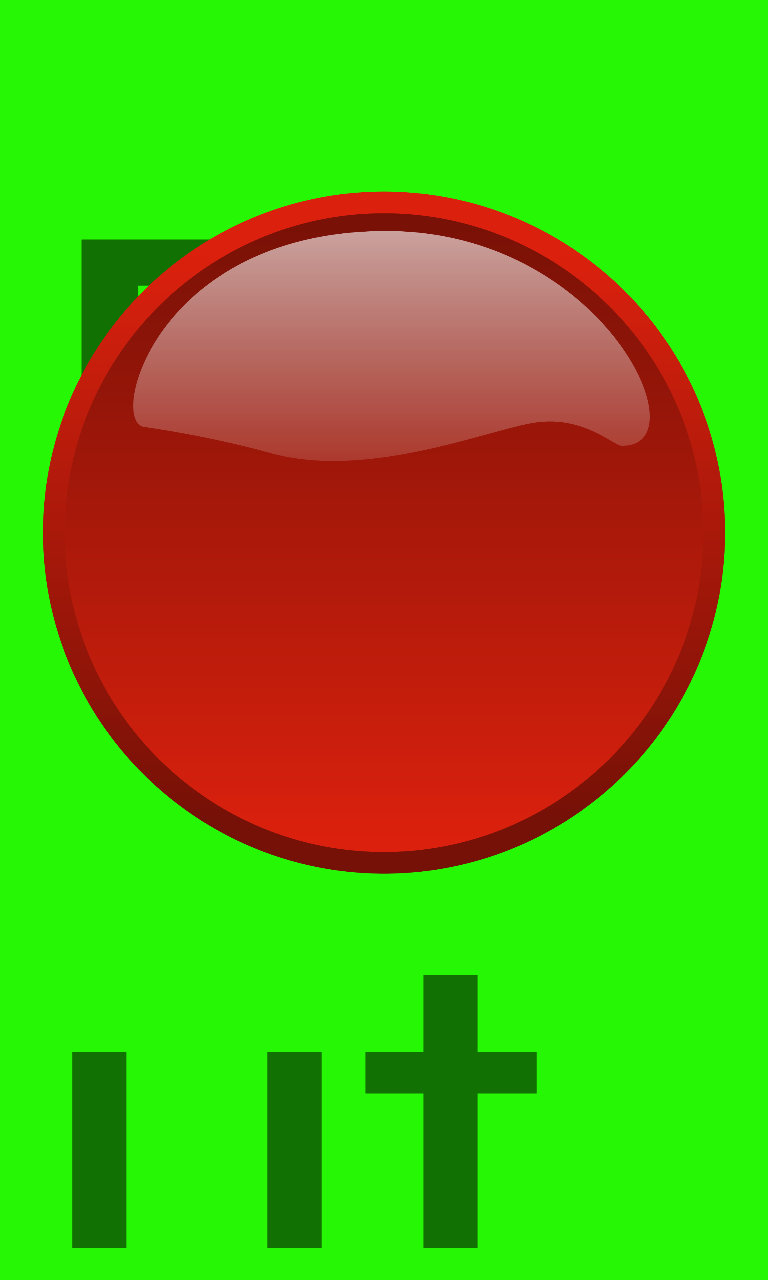
Repository: sameerisa/idtech-yale-android
Layout: ButtonPresser/res/layout/fragment_main.xml
These files come from the project's save history. The layout is drawn as it stood at one moment and after the next save; the edit follows.
It is drawn on a 768 x 1280 px phone screen (xhdpi) without system bars, with theme AppTheme; the app's code is not run.

Above is the layout before, as saved 2014-06-25 15:42:46.

### ButtonPresser/res/layout/fragment_main.xml
<RelativeLayout xmlns:android="http://schemas.android.com/apk/res/android"
    xmlns:tools="http://schemas.android.com/tools"
    android:layout_width="match_parent"
    android:layout_height="match_parent"
    android:paddingBottom="@dimen/activity_vertical_margin"
    android:paddingLeft="@dimen/activity_horizontal_margin"
    android:paddingRight="@dimen/activity_horizontal_margin"
    android:paddingTop="@dimen/activity_vertical_margin"
    tools:context="com.example.buttonpresser.MainActivity$PlaceholderFragment"
    android:background="#25f704">

    <TextView
        android:layout_width="wrap_content"
        android:layout_height="wrap_content"
        android:text="Button Presser"
        android:textSize="300sp" />
<ImageView
   android:id="@+id/button"
   android:layout_width="500dp"
   android:layout_height="500dp"
   android:src="@drawable/button" />

   </RelativeLayout>

Loaded but not shown: ButtonPresser/res/values/styles.xml (common file); ButtonPresser/res/values-v11/styles.xml (common file); ButtonPresser/res/values-v14/styles.xml (common file); ButtonPresser/res/values/dimens.xml (common file); ButtonPresser/res/values-w820dp/dimens.xml (common file)

After the next save:
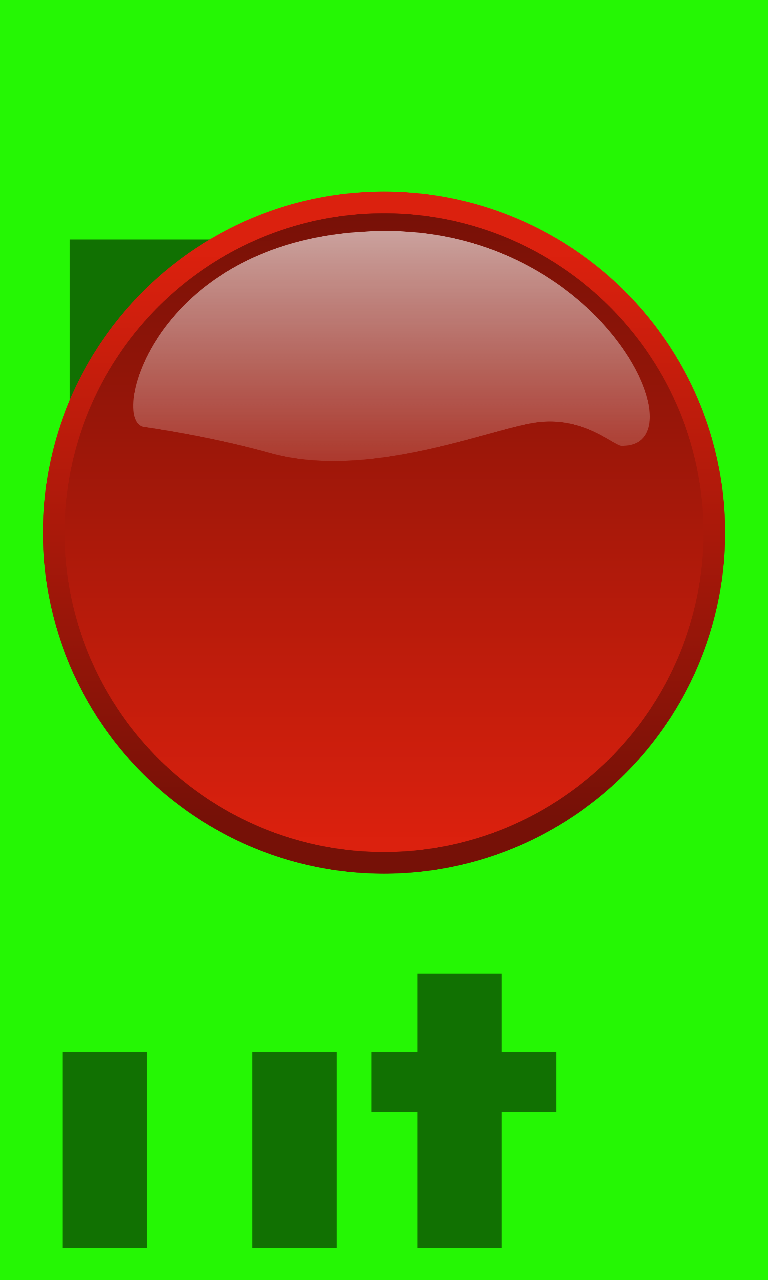
Saved 80 s later.
--- a/ButtonPresser/res/layout/fragment_main.xml
+++ b/ButtonPresser/res/layout/fragment_main.xml
@@ -13,7 +13,8 @@
         android:layout_width="wrap_content"
         android:layout_height="wrap_content"
         android:text="Button Presser"
-        android:textSize="300sp" />
+        android:textSize="300sp"
+        android:textStyle="bold"/>"
 <ImageView
    android:id="@+id/button"
    android:layout_width="500dp"
